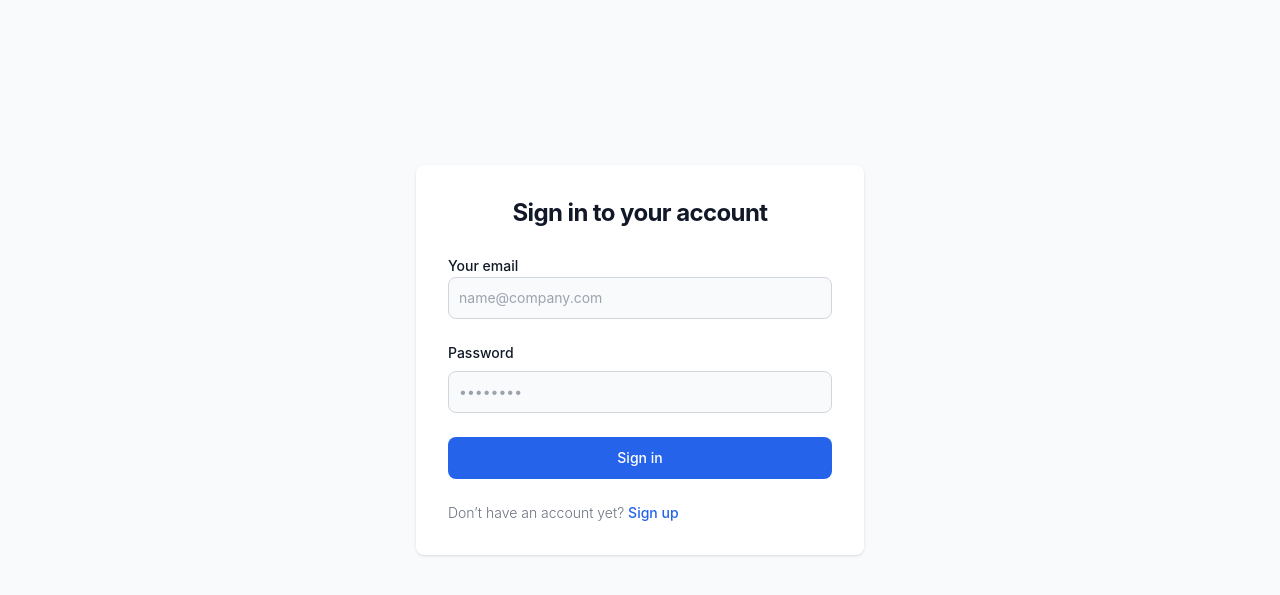
Repository: Than-sothearak/news-today
Page: /login (app in client/)
An editor plug-in stored every save of this project. The page is shown before and after the next save, followed by the edit.
The browser window is 1280 px wide. The pictures show the whole page.
The project was rebuilt for these pictures with package versions that can differ from the ones it lists, and the page was loaded fresh each time. Also part of the build but not shown: client/vite.config.js, client/data.js, client/src/components/Post.jsx, client/src/components/HeroBanner.jsx, client/src/page/Home.jsx, client/src/page/Register.jsx, client/src/page/Single.jsx, client/src/page/Write.jsx and 3 more.

Above is the page before, as saved 2023-03-05 17:45:11.

### client/index.html
<!DOCTYPE html>
<html lang="en">
  <head>
    <meta charset="UTF-8" />
    <link rel="icon" type="image/svg+xml" href="/vite.svg" />
    <meta name="viewport" content="width=device-width, initial-scale=1.0" />
    <title>News Today</title>
  </head>
  <body>
    <div id="root"></div>
    <script type="module" src="/src/main.jsx"></script>
  </body>
</html>

### client/src/App.jsx
import "./App.css";
import { createBrowserRouter, RouterProvider } from "react-router-dom";
import { Home } from "./page/Home";
import { Login } from "./page/Login";
import { Register } from "./page/Register";
import { Single } from "./page/Single";
import { Write } from "./page/Write";
import Layout from "./components/Layout";


const router = createBrowserRouter([
  {
    path: "/",
    element: <Layout />,
    children: [
      {
        path: "/",
        element:<Home />
      },
      {
        path: "/post/:id",
        element:<Single />
      },
      {
        path: "/write",
        element:<Write />
      },
    ]
  },
  {
    path: "/register",
    element: <Register />,
  },
  {
    path: "/login",
    element: <Login />,
  },
]);
export default function App() {
  return <RouterProvider router={router} />;
}

### client/src/index.css
@tailwind base;
@tailwind components;
@tailwind utilities;
:root {
  font-family: Inter, system-ui, Avenir, Helvetica, Arial, sans-serif;
  line-height: 1.5;
  font-weight: 400;

  color-scheme: light dark;
  color: rgba(255, 255, 255, 0.87);
  background-color: #242424;

  font-synthesis: none;
  text-rendering: optimizeLegibility;
  -webkit-font-smoothing: antialiased;
  -moz-osx-font-smoothing: grayscale;
  -webkit-text-size-adjust: 100%;
}

a {
  font-weight: 500;
  color: #646cff;
  text-decoration: inherit;
}
a:hover {
  color: #535bf2;
}

body {


  min-width: 332px;
  min-height: 100vh;
}

h1 {
  font-size: 3.2em;
  line-height: 1.1;
}

button {
  border-radius: 8px;
  border: 1px solid transparent;
  padding: 0.6em 1.2em;
  font-size: 1em;
  font-weight: 500;
  font-family: inherit;
  background-color: #1a1a1a;
  cursor: pointer;
  transition: border-color 0.25s;
}
button:hover {
  border-color: #646cff;
}
button:focus,
button:focus-visible {
  outline: 4px auto -webkit-focus-ring-color;
}

@media (prefers-color-scheme: light) {
  :root {
    color: #213547;
    background-color: #ffffff;
  }
  a:hover {
    color: #747bff;
  }
  button {
    background-color: #f9f9f9;
  }
}

### client/src/page/Login.jsx
import React from "react";
import { Link } from "react-router-dom";
export const Login = () => {
  return (
    <section className="bg-gray-50 dark:bg-gray-900">
      <div className="flex flex-col items-center justify-center px-6 py-8 mx-auto md:h-screen lg:py-0">
        <div className="w-full bg-white rounded-lg shadow dark:border md:mt-0 sm:max-w-md xl:p-0 dark:bg-gray-800 dark:border-gray-700">
          <div className="p-6 md:space-y-6 sm:p-8">
            <h1 className="text-xl font-bold leading-tight tracking-tight text-gray-900 md:text-2xl dark:text-white">
              Sign in to your account
            </h1>
            <form className="text-start md:space-y-6" action="#">
              <div>
                <label
                  htmlFor="email"
                  className="text-start text-sm font-medium text-gray-900 dark:text-white"
                >
                  Your email
                </label>
                <input
                  type="email"
                  name="email"
                  id="email"
                  className="bg-gray-50 border border-gray-300 text-gray-900 sm:text-sm rounded-lg focus:ring-primary-600 focus:border-primary-600 block w-full p-2.5 dark:bg-gray-700 dark:border-gray-600 dark:placeholder-gray-400 dark:text-white dark:focus:ring-blue-500 dark:focus:border-blue-500"
                  placeholder="name@company.com"
                  required
                />
              </div>
              <div>
                <label
                  htmlFor="password"
                  className="block mb-2 text-sm font-medium text-gray-900 dark:text-white"
                >
                  Password
                </label>
                <input
                  type="password"
                  name="password"
                  id="password"
                  placeholder="••••••••"
                  className="bg-gray-50 border border-gray-300 text-gray-900 sm:text-sm rounded-lg focus:ring-primary-600 focus:border-primary-600 block w-full p-2.5 dark:bg-gray-700 dark:border-gray-600 dark:placeholder-gray-400 dark:text-white dark:focus:ring-blue-500 dark:focus:border-blue-500"
                  required
                />
              </div>

              <button
                type="submit"
                className="w-full text-white bg-primary-600 hover:bg-primary-700 focus:ring-4 focus:outline-none focus:ring-primary-300 font-medium rounded-lg text-sm px-5 py-2.5 text-center dark:bg-primary-600 dark:hover:bg-primary-700 dark:focus:ring-primary-800"
              >
                Sign in
              </button>
              <p className="text-sm font-light text-gray-500 dark:text-gray-400">
                Don’t have an account yet?{" "}
                <Link
                  to="/register"
                  className="font-medium text-primary-600 hover:underline dark:text-primary-500"
                >
                  Sign up
                </Link>
              </p>
            </form>
          </div>
        </div>
      </div>
    </section>
  );
};

### client/tailwind.config.cjs
/** @type {import('tailwindcss').Config} */
module.exports = {
  content: ["./index.html", "./src/**/*.{js,ts,jsx,tsx}"],
  darkMode: "class",
  theme: {

    extend: {
      colors: {
        primary: {
          50: "#eff6ff",
          100: "#dbeafe",
          200: "#bfdbfe",
          300: "#93c5fd",
          400: "#60a5fa",
          500: "#3b82f6",
          600: "#2563eb",
          700: "#1d4ed8",
          800: "#1e40af",
          900: "#1e3a8a",
        }
      },
      fontFamily: {
        body: [
          "Inter",
          "ui-sans-serif",
          "system-ui",
          "-apple-system",
          "system-ui",
          "Segoe UI",
          "Roboto",
          "Helvetica Neue",
          "Arial",
          "Noto Sans",
          "sans-serif",
          "Apple Color Emoji",
          "Segoe UI Emoji",
          "Segoe UI Symbol",
          "Noto Color Emoji",
        ],
        sans: [
          "Inter",
          "ui-sans-serif",
          "system-ui",
          "-apple-system",
          "system-ui",
          "Segoe UI",
          "Roboto",
          "Helvetica Neue",
          "Arial",
          "Noto Sans",
          "sans-serif",
          "Apple Color Emoji",
          "Segoe UI Emoji",
          "Segoe UI Symbol",
          "Noto Color Emoji",
        ],
      },
    },
  },

  plugins: [],
};

Loaded but not shown: client/src/main.jsx (common file); client/src/App.css (common file)

After the next save:
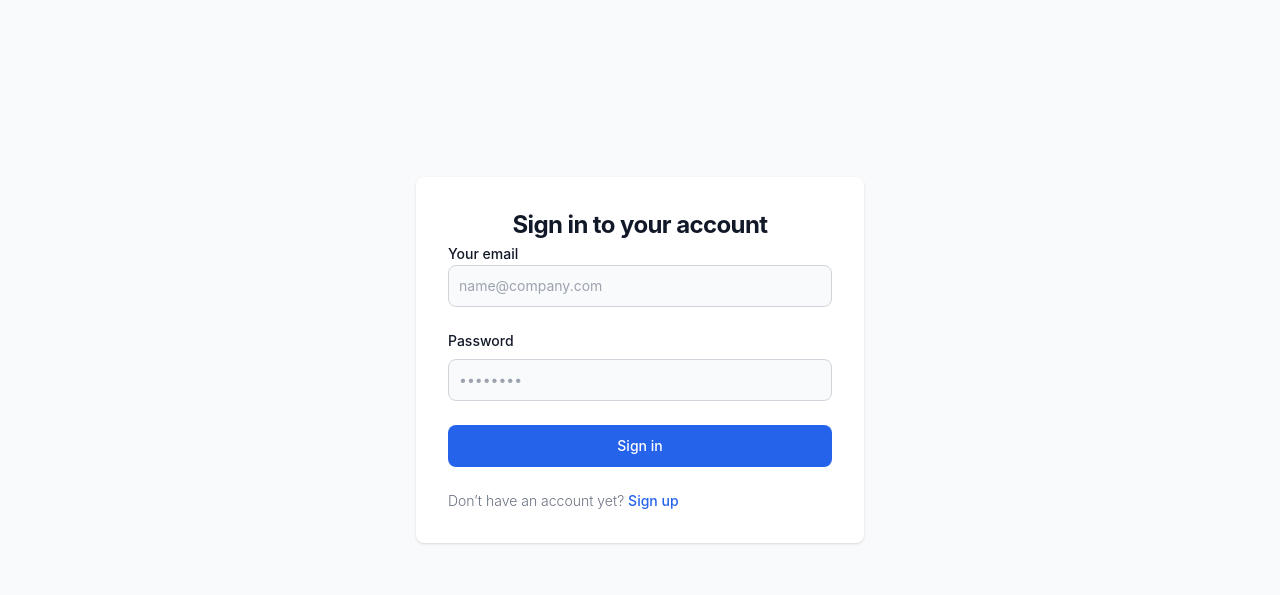
Saved 24 s later.
--- a/client/src/page/Login.jsx
+++ b/client/src/page/Login.jsx
@@ -5,7 +5,7 @@ export const Login = () => {
     <section className="bg-gray-50 dark:bg-gray-900">
       <div className="flex flex-col items-center justify-center px-6 py-8 mx-auto md:h-screen lg:py-0">
         <div className="w-full bg-white rounded-lg shadow dark:border md:mt-0 sm:max-w-md xl:p-0 dark:bg-gray-800 dark:border-gray-700">
-          <div className="p-6 md:space-y-6 sm:p-8">
+          <div className="p-6 sm:p-8">
             <h1 className="text-xl font-bold leading-tight tracking-tight text-gray-900 md:text-2xl dark:text-white">
               Sign in to your account
             </h1>
